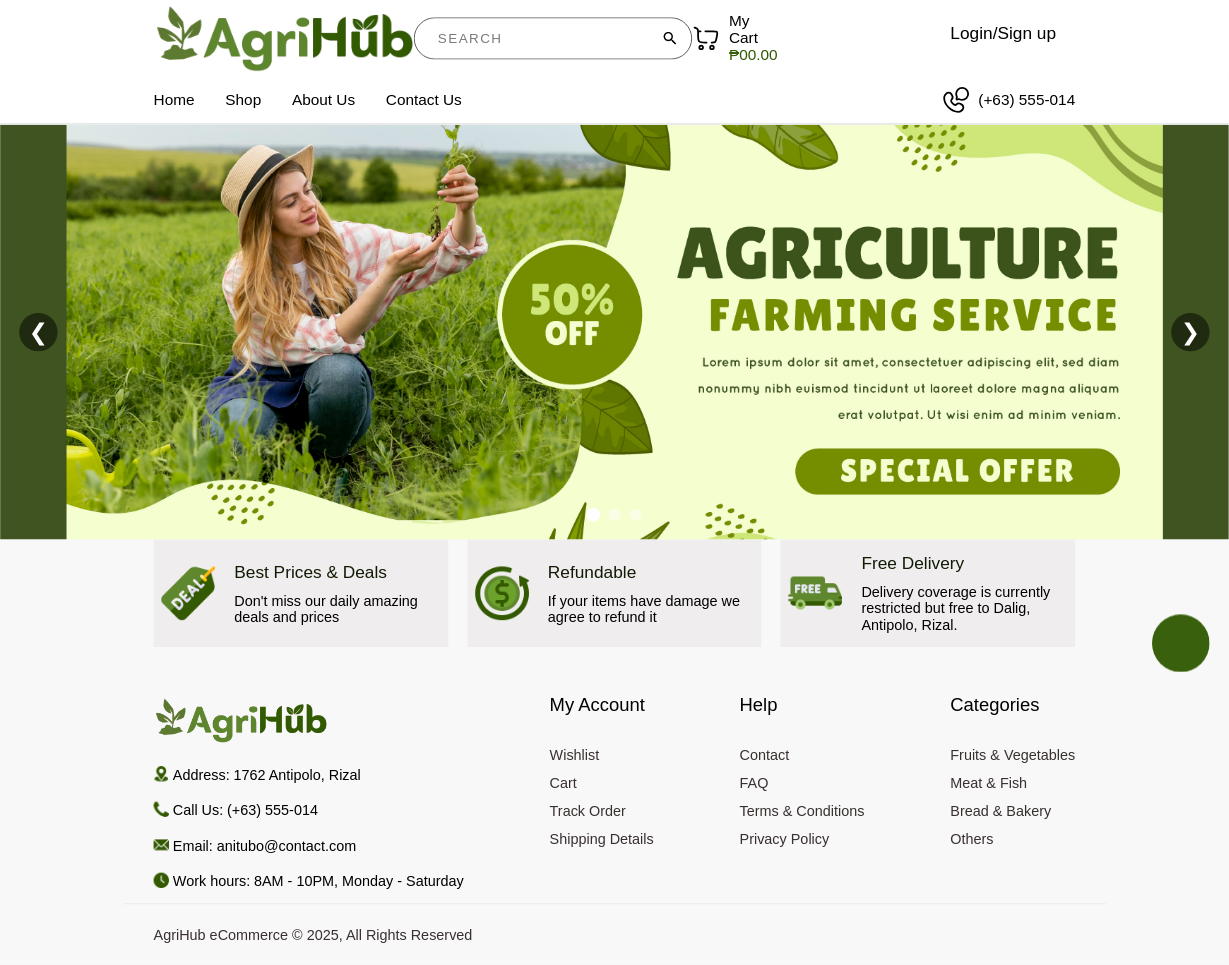
Repository: IamJanC/se2-final-project
Page: http://localhost/
The author's editor kept a copy of each file at every save. The page is drawn from the files as they stood at one save, then again after the next save.
The browser window is 1280 px wide. The pictures show the whole page, at 96% of full size.
Some web fonts or font styles are not loaded; a fallback is used. The page is served by the project's application, run on Django 5.2 (manage.py). Queries for data that is not in the repository find no rows.

Above is the page before, as saved 2025-08-10 09:54:48.
Console error: SyntaxError: Identifier 'chatLog' has already been declared

After the next save:
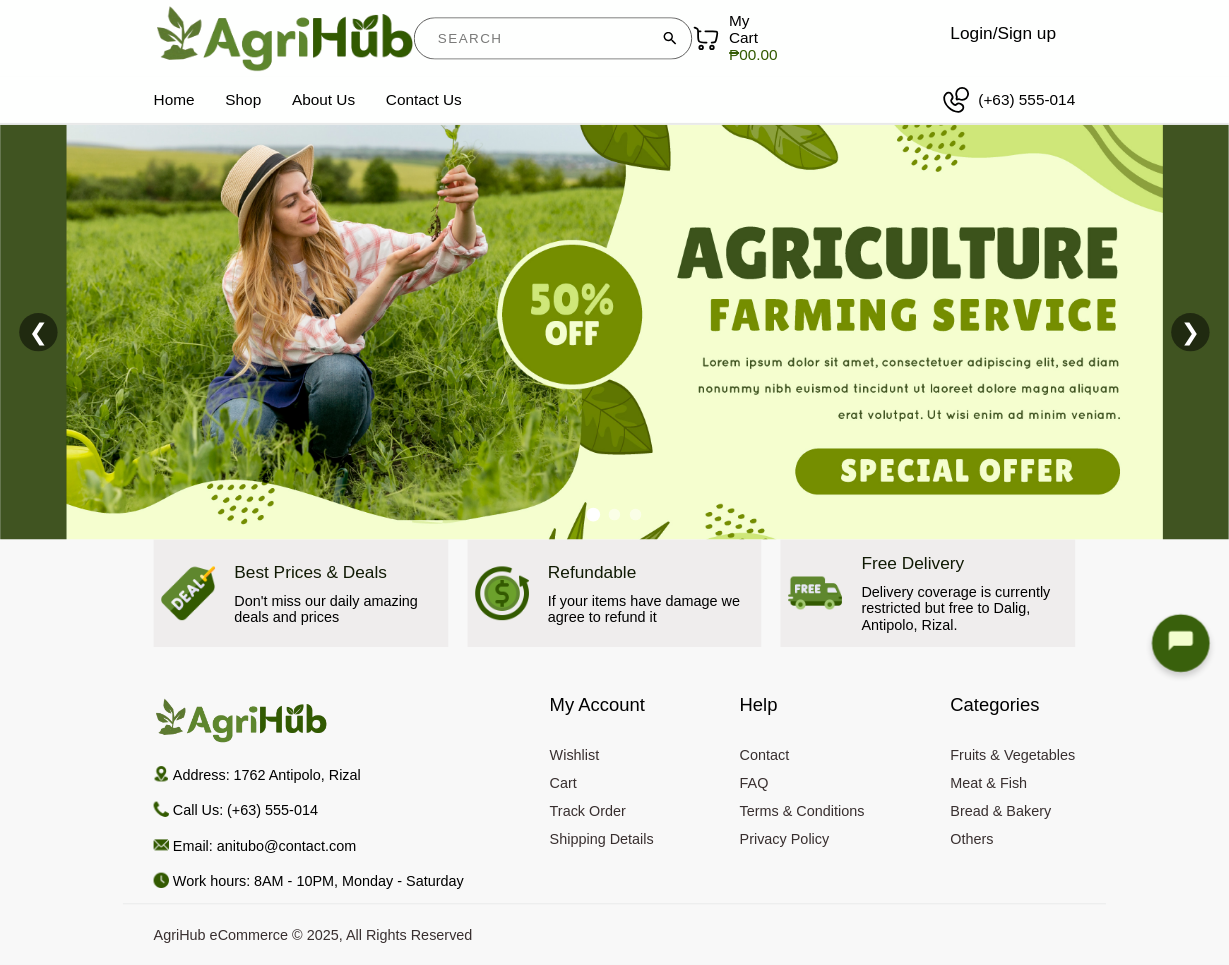
Saved 9 s later.
--- a/templates/shared/chatbot_widget.html
+++ b/templates/shared/chatbot_widget.html
@@ -13,28 +13,36 @@
     display: flex;
     align-items: center;
     justify-content: center;
-    font-size: 30px;
+    font-size: 28px;
     cursor: pointer;
     z-index: 999;
+    box-shadow: 0 4px 8px rgba(0,0,0,0.2);
+    transition: transform 0.2s ease;
 ">
+    <!-- Simple clean chat bubble SVG -->
+    <svg xmlns="http://www.w3.org/2000/svg" width="28" height="28" fill="#f3fece" viewBox="0 0 24 24">
+        <path d="M20 2H4a2 2 0 0 0-2 2v14l4-4h14a2 2 0 0 0 2-2V4a2
+        2 0 0 0-2-2z"/>
+    </svg>
 </div>
 
 <!-- Chatbot Container -->
 <div id="chatbot-container" style="
     display: none;
     position: fixed;
-    bottom: 80px;
+    bottom: 90px; /* sits just above icon */
     right: 20px;
     width: 350px;
     max-height: 500px;
     border: 1px solid #ccc;
     background-color: white;
-    box-shadow: 0px 0px 10px rgba(0,0,0,0.1);
+    box-shadow: 0px 4px 12px rgba(0,0,0,0.15);
     z-index: 1000;
-    border-radius: 8px;
+    border-radius: 10px;
     overflow: hidden;
     flex-direction: column;
 ">
+    <!-- Header -->
     <div id="chat-header" style="
         background-color: #5f862c;
         color: white;
@@ -47,9 +55,39 @@
         AgriHub Chatbot
         <span id="close-chat" style="cursor: pointer;">✖</span>
     </div>
-    <div id="chat-log" style="padding: 10px; height: 200px; overflow-y: auto;"></div>
-    <div id="question-options" style="padding: 10px;"></div>
+
+    <!-- Chat log -->
+    <div id="chat-log" style="
+        padding: 10px;
+        height: 250px;
+        overflow-y: auto;
+        font-size: 14px;
+        background: #f8f8f8;
+    "></div>
+
+    <!-- Question options -->
+    <div id="question-options" style="
+        padding: 10px;
+        background: #fff;
+    "></div>
 </div>
 
 <!-- Load chatbot functionality -->
 <script src="{% static 'js/chatbot.js' %}"></script>
+
+<!-- Extra toggle script (optional) -->
+<script>
+document.addEventListener("DOMContentLoaded", function () {
+    const chatIcon = document.getElementById("chat-icon");
+    const chatContainer = document.getElementById("chatbot-container");
+    const closeChat = document.getElementById("close-chat");
+
+    chatIcon.addEventListener("click", () => {
+        chatContainer.style.display = "flex";
+    });
+
+    closeChat.addEventListener("click", () => {
+        chatContainer.style.display = "none";
+    });
+});
+</script>
